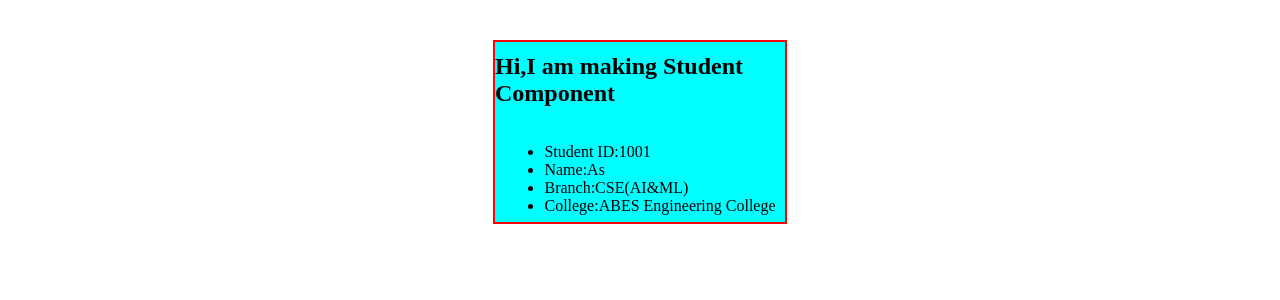
Repository: ashurauza/FSD_Sem5
Page: / (app in FSD_Sem5/CSS/ReactRevisionDOM/)
An editor plug-in stored every save of this project. The page is shown before and after the next save, followed by the edit.
The browser window is 1280 px wide. The pictures show the whole page.
The project was rebuilt for these pictures with package versions that can differ from the ones it lists, and the page was loaded fresh each time.

Above is the page before, as saved 2025-10-29 15:28:40.

After the next save:
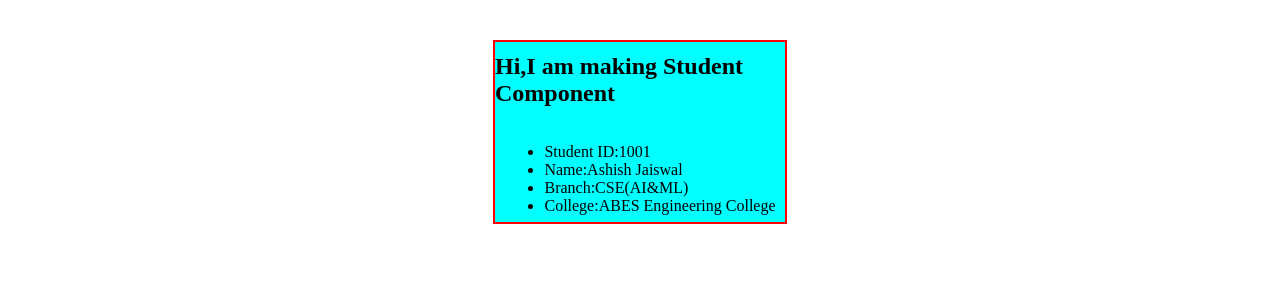
Saved 6 s later.
--- a/FSD_Sem5/CSS/ReactRevisionDOM/student.jsx
+++ b/FSD_Sem5/CSS/ReactRevisionDOM/student.jsx
@@ -9,7 +9,7 @@
     Hi,I am making Student Component
 </h2>
 const li11=<li>Student ID:1001</li>
-const li22=<li>Name:As</li>
+const li22=<li>Name:Ashish Jaiswal</li>
 const li33=<li>Branch:CSE(AI&ML)</li>
 const li44=<li>College:ABES Engineering College</li>
 const ul1=<ul>{[li11,li22,li33,li44]}</ul>
